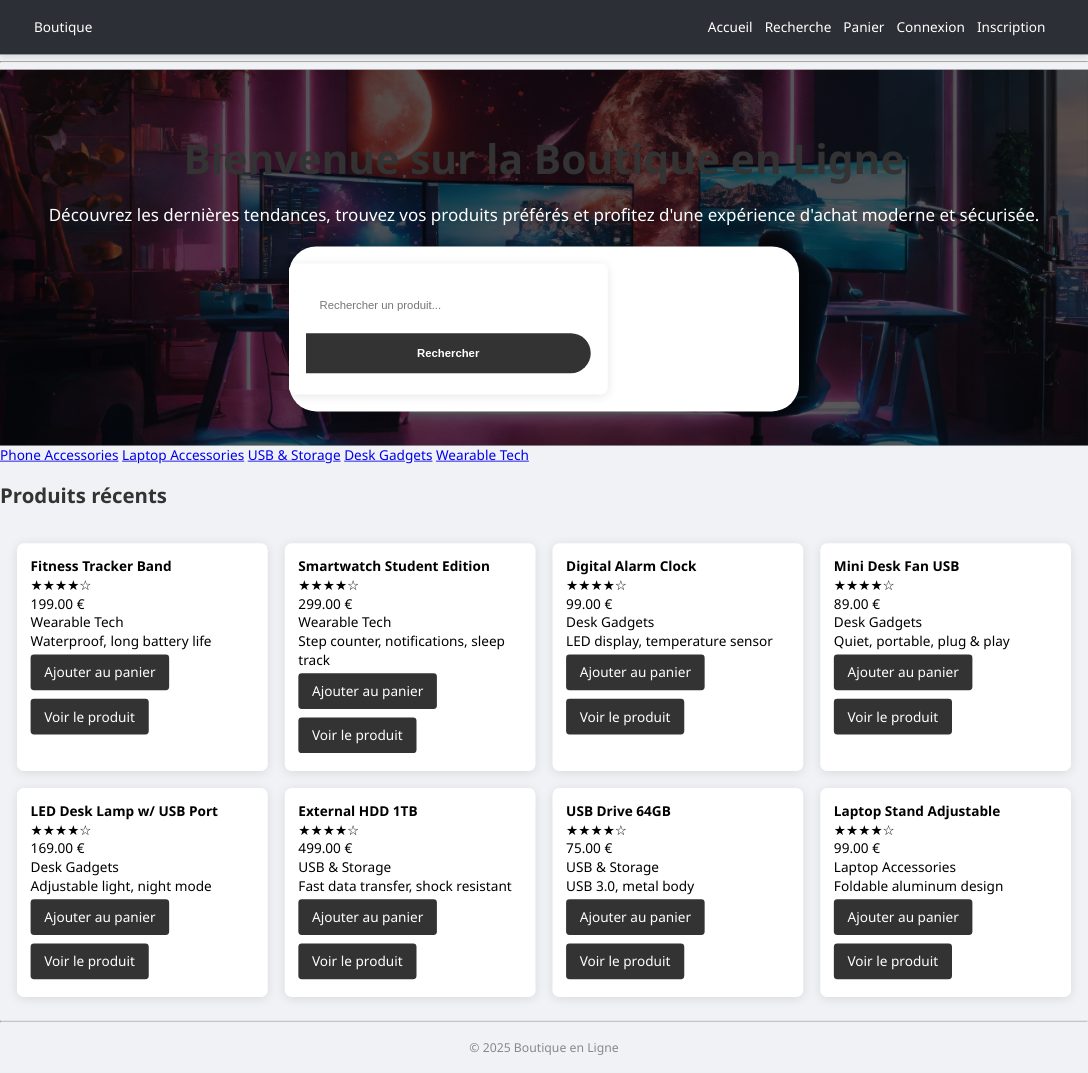
Repository: kiraj-walid/ecomerce
Page: http://localhost/
The author's editor kept a copy of each file at every save. The page is drawn from the files as they stood at one save, then again after the next save.
The browser window is 1280 px wide. The pictures show the whole page, at 85% of full size.
The page is run by PHP 8.4 with error messages shown; the project is at /var/www/html/. The database holds what the project's SQL file puts in it. Queries for data that is not in the repository find no rows.

Above is the page before, as saved 2025-05-07 14:52:23.

After the next save:
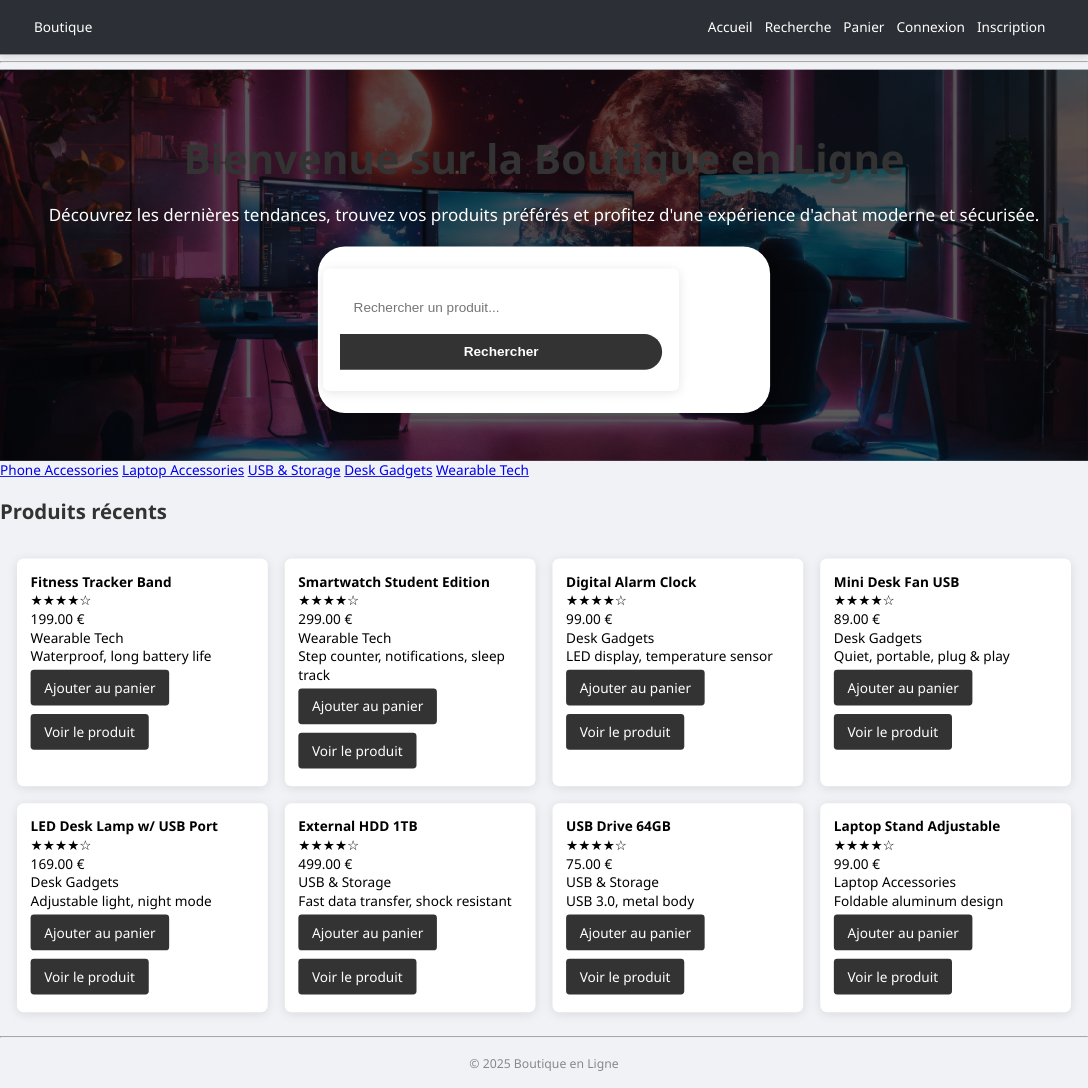
Saved 88 s later.
--- a/assets/css/style.css
+++ b/assets/css/style.css
@@ -115,27 +115,30 @@ body {
     background-color: #fff;
     border-radius: 32px;
     box-shadow: 0 2px 12px rgba(0, 0, 0, 0.1);
-    width: 80%;
-    max-width: 600px;
-    margin: 0 auto;
+    width: 90%;
+    max-width: 520px;
+    margin: 16px auto;
+    padding: 6px;
   }
 
   .hero-search input {
     flex: 1;
-    padding: 16px;
+    padding: 12px 16px;
     border: none;
     border-radius: 32px 0 0 32px;
     outline: none;
+    font-size: 1em;
   }
 
   .hero-search button {
-    padding: 16px 24px;
+    padding: 12px 24px;
     border: none;
     background-color: #333;
     color: #fff;
     border-radius: 0 32px 32px 0;
     cursor: pointer;
     font-weight: bold;
+    font-size: 1em;
   }
 
   .hero-search button:hover {
